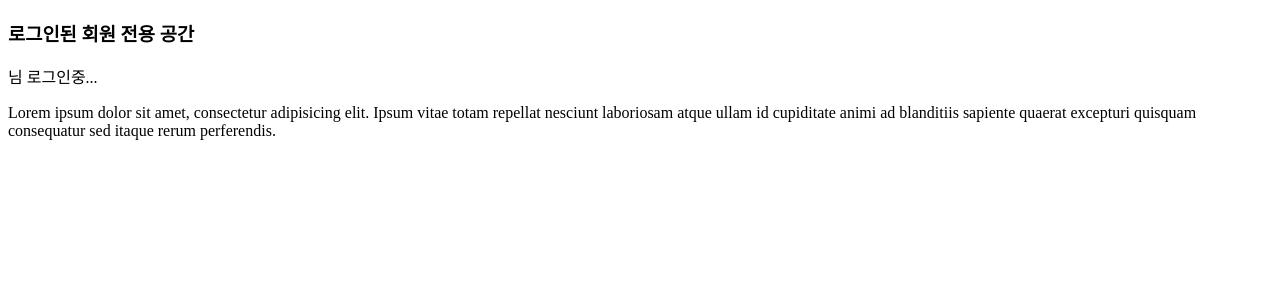
Repository: hyunhee7/web_work
Page: http://localhost/Step09_Auth/member/play.jsp
These files come from the project's save history. The page is drawn as it stood at one moment and after the next save; the edit follows.
The browser window is 1280 px wide. The pictures show the whole page.
The page is served by Tomcat 9. Nobody is signed in. The application's start-up code is not run.

Above is the page before, as saved 2017-06-29 00:51:01.

### Step09_Auth/WebContent/member/play.jsp
<%@ page language="java" contentType="text/html; charset=UTF-8"
    pageEncoding="UTF-8"%>
<%
	//로그인 여부를 읽어와 본다.
	String id=(String)session.getAttribute("id");
	//id가 null이 아니면 로그인된 것이다.
%>
<!DOCTYPE html PUBLIC "-//W3C//DTD HTML 4.01 Transitional//EN" "http://www.w3.org/TR/html4/loose.dtd">
<html>
<head>
<meta http-equiv="Content-Type" content="text/html; charset=UTF-8">
<title>play.jsp</title>
</head>
<body>
	<h3>로그인된 회원 전용 공간</h3>
	<p><strong></strong>님 로그인중...</p>
	<p>Lorem ipsum dolor sit amet, consectetur adipisicing elit. Ipsum vitae totam repellat nesciunt laboriosam atque ullam id cupiditate animi ad blanditiis sapiente quaerat excepturi quisquam consequatur sed itaque rerum perferendis.</p>
</body>
</html>

After the next save:
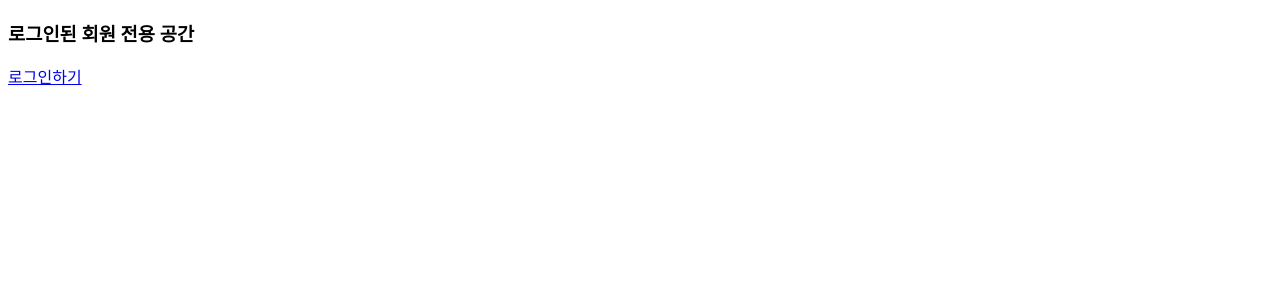
Saved 2 min 23 s later.
--- a/Step09_Auth/WebContent/member/play.jsp
+++ b/Step09_Auth/WebContent/member/play.jsp
@@ -4,6 +4,7 @@
 	//로그인 여부를 읽어와 본다.
 	String id=(String)session.getAttribute("id");
 	//id가 null이 아니면 로그인된 것이다.
+
 %>
 <!DOCTYPE html PUBLIC "-//W3C//DTD HTML 4.01 Transitional//EN" "http://www.w3.org/TR/html4/loose.dtd">
 <html>
@@ -13,7 +14,12 @@
 </head>
 <body>
 	<h3>로그인된 회원 전용 공간</h3>
-	<p><strong></strong>님 로그인중...</p>
-	<p>Lorem ipsum dolor sit amet, consectetur adipisicing elit. Ipsum vitae totam repellat nesciunt laboriosam atque ullam id cupiditate animi ad blanditiis sapiente quaerat excepturi quisquam consequatur sed itaque rerum perferendis.</p>
+	<%if(id==null){ %>
+		<a href="../users/login.jsp">로그인하기</a>
+	<%}else{ %>
+		<p><strong><%=id %></strong>님 로그인중...</p>
+		<p>Lorem ipsum dolor sit amet, consectetur adipisicing elit. Ipsum vitae totam repellat nesciunt laboriosam atque ullam id cupiditate animi ad blanditiis sapiente quaerat excepturi quisquam consequatur sed itaque rerum perferendis.</p>
+	<%} %>
+
 </body>
 </html>
